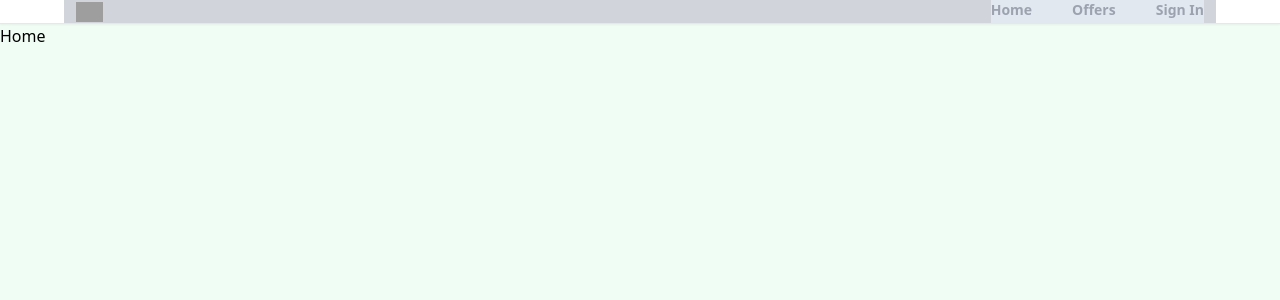
Repository: Masa0915/realtor-clone-react
Page: /
These files come from the project's save history. The page is drawn as it stood at one moment and after the next save; the edit follows.
The browser window is 1280 px wide. The pictures show the whole page.
Pictures or frames that could not be fetched are drawn as grey boxes. The project was rebuilt for these pictures with package versions that can differ from the ones it lists, and the page was loaded fresh each time. Also part of the build but not shown: src/pages/Profile.jsx, src/components/OAuth.jsx, src/pages/SignIn.jsx, src/pages/SignUp.jsx, src/pages/Offers.jsx. Imported but missing from the stored project, and not drawn on this page: src/pages/ForgotPassword.

Above is the page before, as saved 2023-09-10 11:02:40.

After the next save:
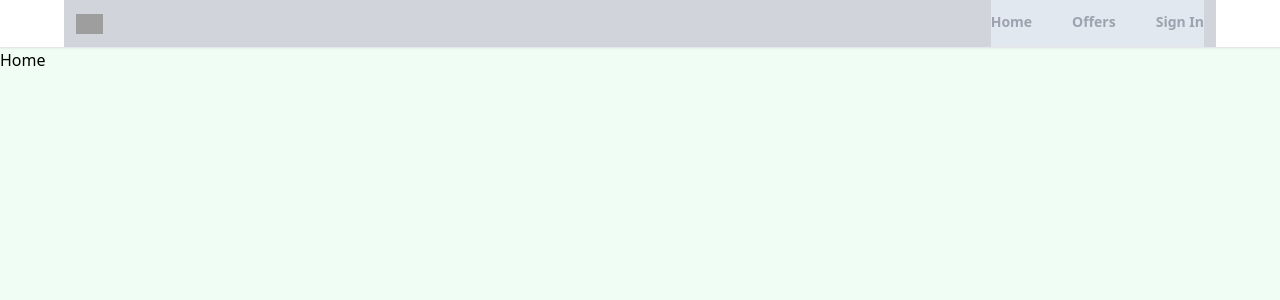
Saved 2 min 5 s later.
--- a/src/components/Header.jsx
+++ b/src/components/Header.jsx
@@ -27,21 +27,21 @@ export default function Header() {
         <div>
           <ul className="flex bg-slate-200 space-x-10">
             <li
-              className={`cursor-pointer cupcuy-3 text-sm font-semibold text-gray-400 border-b-[3px] border-b-transparent
+              className={`cursor-pointer py-3 text-sm font-semibold text-gray-400 border-b-[3px] border-b-transparent
               ${pathMatchRoute("/") && "text-black border-b-red-500"}`}
               onClick={() => navigate("/")}
             >
               Home
             </li>
             <li
-              className={`cursor-pointer cupy-3 text-sm font-semibold text-gray-400 border-b-[3px] border-b-transparent
+              className={`cursor-pointer py-3 text-sm font-semibold text-gray-400 border-b-[3px] border-b-transparent
               ${pathMatchRoute("/offers") && "text-black border-b-red-500"}`}
               onClick={() => navigate("/offers")}
             >
               Offers
             </li>
             <li
-              className={`cursor-pointer cupy-3 text-sm font-semibold text-gray-400 border-b-[3px] border-b-transparent
+              className={`cursor-pointer py-3 text-sm font-semibold text-gray-400 border-b-[3px] border-b-transparent
               ${pathMatchRoute("/sign-in") && "text-black border-b-red-500"}`}
               onClick={() => navigate("/sign-in")}
             >
